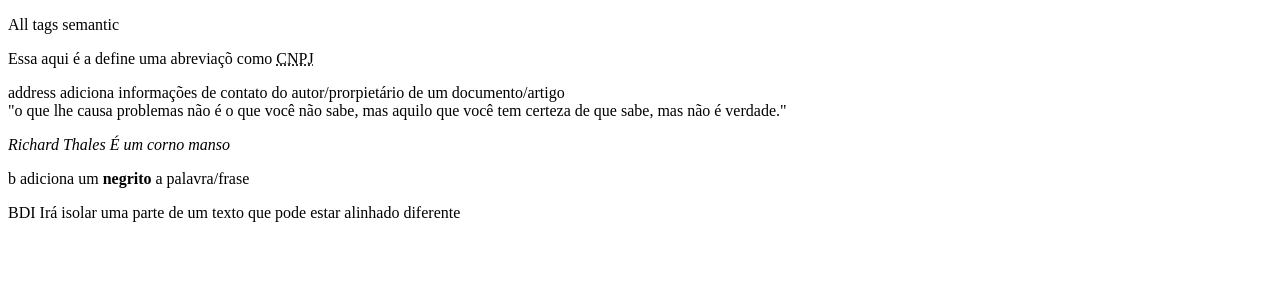
Repository: ErikMesquita/Danki-Code
Page: formatação/index.html
The author's editor kept a copy of each file at every save. The page is drawn from the files as they stood at one save, then again after a run of saves.
The browser window is 1280 px wide. The pictures show the whole page.

Above is the page before, as saved 2023-10-28 11:05:03.

After the next 2 saves:
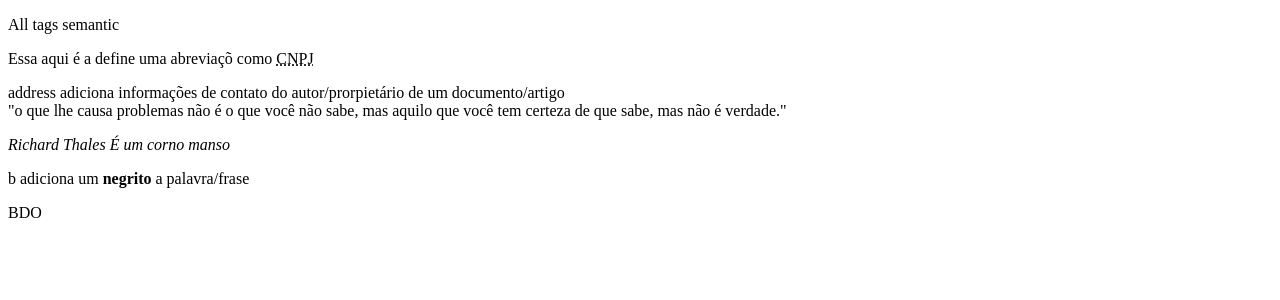
The 2 saves are shown as one change because they came seconds apart.
The last was saved 55 s later.
--- a/formatação/index.html
+++ b/formatação/index.html
@@ -72,7 +72,7 @@
 
     <p>b adiciona um <b>negrito</b> a palavra/frase</p>
 
-    <p> BDI Irá isolar uma parte de um texto que pode estar <bdi>alinhado diferente</bdi></p>
+    <p>BDO </p>
 
 
 </body>
